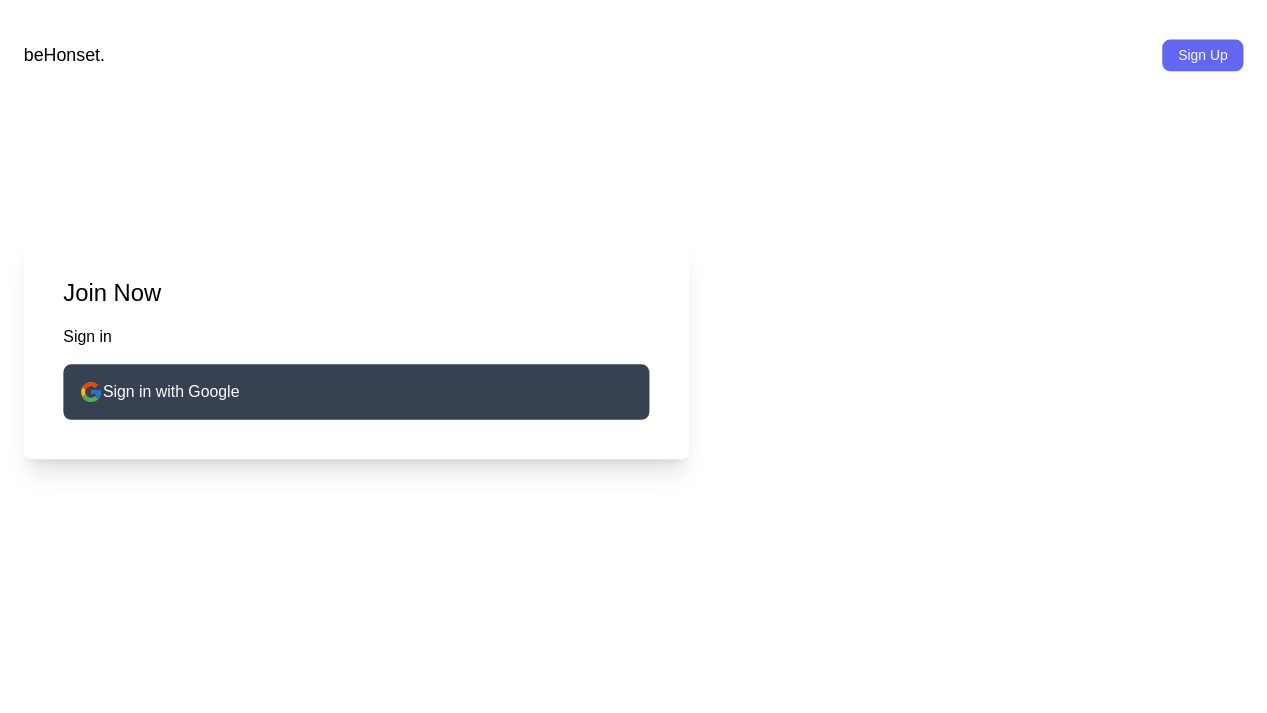
Repository: aidenfine/be-honset
Page: /login
These files come from the project's save history. The page is drawn as it stood at one moment and after the next save; the edit follows.
The browser window is 1280 px wide. The pictures show the whole page, at 99% of full size.
The page's requests for data from a server got no answer. The project was rebuilt for these pictures with package versions that can differ from the ones it lists, and the page was loaded fresh each time. The framework's server and built-in components were replaced by stand-ins that run in the browser. No one was signed in, and anything a server would have sent is missing. Also part of the build but not shown: next.config.js.

Above is the page before, as saved 2022-10-26 19:49:31.

After the next save:
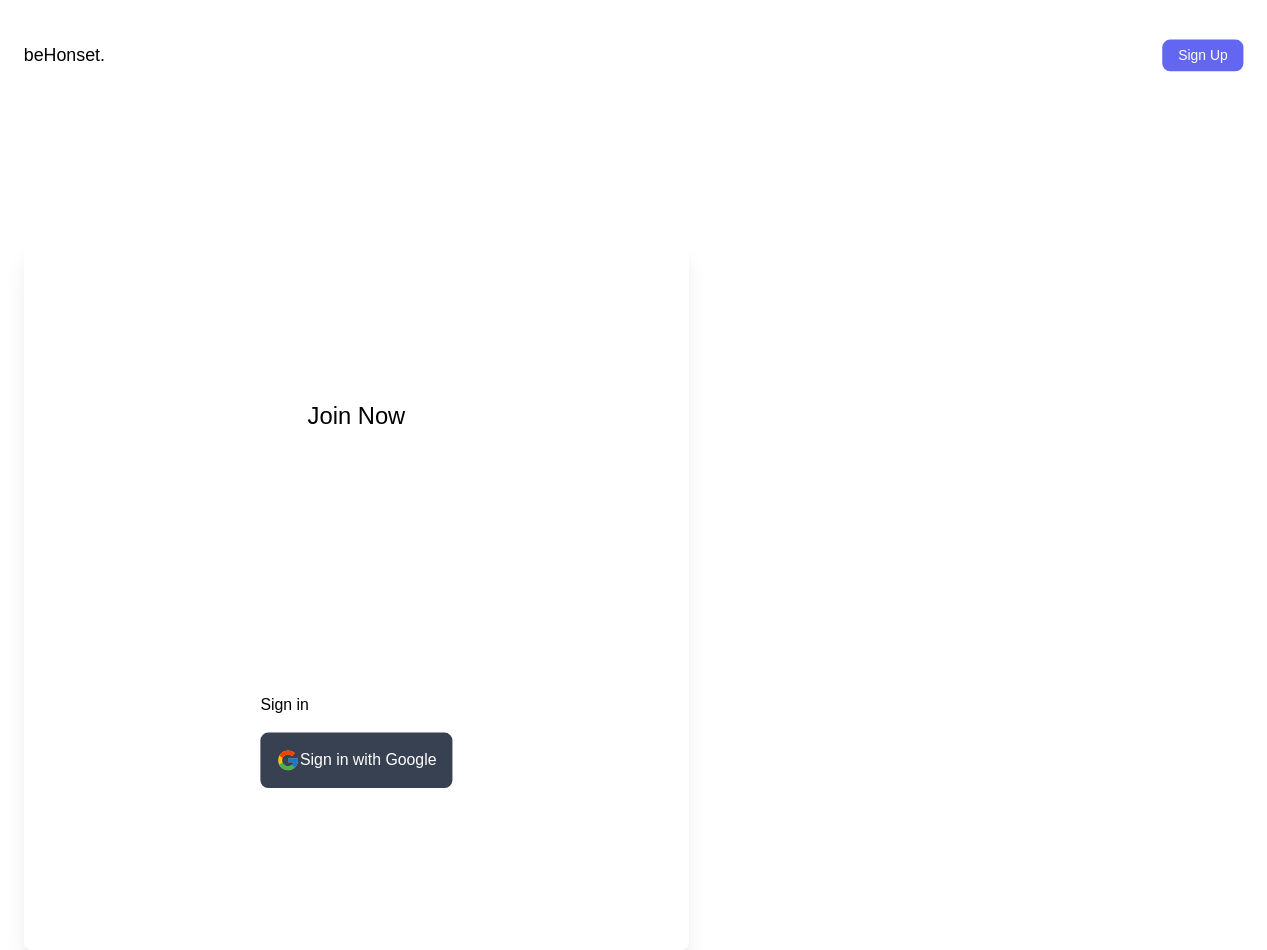
Saved 28 s later.
--- a/pages/login.js
+++ b/pages/login.js
@@ -37,7 +37,7 @@
 
     }, [user]);
     return(
-        <div className="shadow-xl md:max-w-2xl mt-32 p-10 text-black rounded-lg bg-white">
+        <div className="grid h-screen place-items-center shadow-xl md:max-w-2xl mt-32 p-10 text-black rounded-lg bg-white">
             <h2 className="text-2xl font-medium">Join Now</h2>
             <div>
                 <h3 className="py-4">Sign in</h3>

After the save that followed:
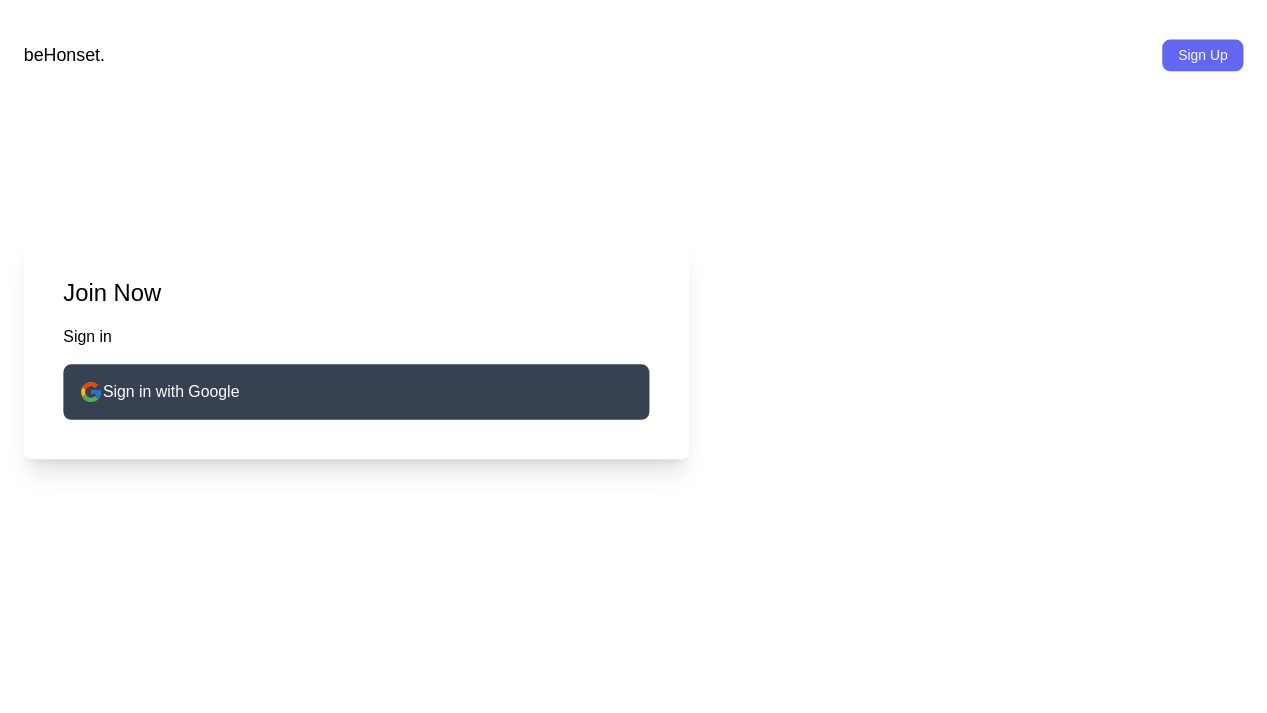
Saved 6 s later.
--- a/pages/login.js
+++ b/pages/login.js
@@ -37,7 +37,7 @@
 
     }, [user]);
     return(
-        <div className="grid h-screen place-items-center shadow-xl md:max-w-2xl mt-32 p-10 text-black rounded-lg bg-white">
+        <div className="shadow-xl md:max-w-2xl mt-32 p-10 text-black rounded-lg bg-white">
             <h2 className="text-2xl font-medium">Join Now</h2>
             <div>
                 <h3 className="py-4">Sign in</h3>
